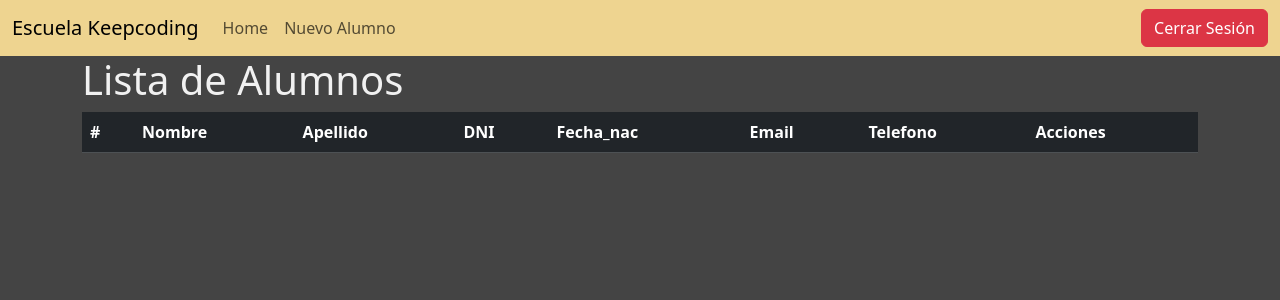
Repository: ChusmiPalos/EscuelaKeepcoding
Page: http://localhost/menu
The author's editor kept a copy of each file at every save. The page is drawn from the files as they stood at one save, then again after the next save.
The browser window is 1280 px wide. The pictures show the whole page.
The page is this project's Thymeleaf template; nobody is signed in. The template is opened directly, without the code that normally fills it, so the values that code supplies are empty.

Above is the page before, as saved 2024-07-06 23:11:06.

### app-web-escuela/src/main/resources/templates/menu.html
<!DOCTYPE html>
<html xmlns:th="https://www.thymeleaf.org/">
<head th:include="fragments/cabecera :: cabecera"></head>
<body>
	<div th:include="fragments/menu_navegacion :: menu"></div>

	<div class="container">
		<div class="row">
			<h1>Lista de Alumnos</h1>
		</div>

		<table class="table table-striped">
			<thead class="table-dark">
				<tr>
					<th scope="col">#</th>
					<th scope="col">Nombre</th>
					<th scope="col">Apellido</th>
					<th scope="col">DNI</th>
					<th scope="col">Fecha_nac</th>
					<th scope="col">Email</th>
					<th scope="col">Telefono</th>
					<th scope="col">Acciones</th>
				</tr>
			</thead>
			<tbody>

				<tr th:each="alu: ${alumnos}">
					<td th:text="${alu.id}" scope="row"></td>
					<td th:text="${alu.nombre}"></td>
					<td th:text="${alu.apellido}"></td>
					<td th:text="${alu.dni}"></td>
					<td th:text="${alu.fecha_nac}"></td>
					<td th:text="${alu.email}"></td>
					<td th:text="${alu.telefono}"></td>
					<td><a class="btn btn-info"
						th:href=@{/alumno/editar/{id}(id=${alu.id})}>Editar</a> <a
						class="btn btn-danger"
						th:href=@{/alumno/delete/{id}(id=${alu.id})}
						onclick="return confirm('Estas seguro?');">Borrar</a></td>
				</tr>

			</tbody>
		</table>
	</div>


	<script
		src="https://cdn.jsdelivr.net/npm/bootstrap@5.3.3/dist/js/bootstrap.bundle.min.js"
		integrity="sha384-YvpcrYf0tY3lHB60NNkmXc5s9fDVZLESaAA55NDzOxhy9GkcIdslK1eN7N6jIeHz"
		crossorigin="anonymous"></script>
</body>
</html>

### app-web-escuela/src/main/resources/templates/fragments/cabecera.html
<!DOCTYPE html>
<html xmlns:th="http://www.thymeleaf.org">
<head th:fragment="cabecera">
    <meta charset="UTF-8">
    <meta name="viewport" content="width=device-width, initial-scale=1.0">
    <link rel="stylesheet" th:href="@{/css/style.css}">
    <link rel="icon" type="image/png" th:href="@{/images/icono.png}">
    <title>Escuela Keepcoding</title>
    <link
	href="https://cdn.jsdelivr.net/npm/bootstrap@5.3.3/dist/css/bootstrap.min.css"
	rel="stylesheet"
	integrity="sha384-QWTKZyjpPEjISv5WaRU9OFeRpok6YctnYmDr5pNlyT2bRjXh0JMhjY6hW+ALEwIH"
	crossorigin="anonymous">
</head>
<body>
</body>
</html>

### app-web-escuela/src/main/resources/templates/fragments/menu_navegacion.html
<!DOCTYPE html>
<html xmlns:th="http://www.thymeleaf.org">
<head>
    <title>Fragmentos</title>
</head>

<body>
    <div th:fragment="menu">
        <nav class="navbar navbar-expand-lg barra_navegacion">
            <div class="container-fluid">
                <a class="navbar-brand" th:href="@{/menu}">Escuela Keepcoding</a>
                <button class="navbar-toggler" type="button"
                    data-bs-toggle="collapse" data-bs-target="#navbarNav"
                    aria-controls="navbarNav" aria-expanded="false"
                    aria-label="Toggle navigation">
                    <span class="navbar-toggler-icon"></span>
                </button>
                <div class="collapse navbar-collapse" id="navbarNav">
                    <ul class="navbar-nav">
                        <li class="nav-item"><a class="nav-link"
                            aria-current="page" th:href="@{/menu}">Home</a></li>
                        <li class="nav-item"><a class="nav-link"
                            th:href="@{/alumno/new}">Nuevo Alumno</a></li>
                    </ul>
                </div>
                <a class="btn btn-danger" href="/login">Cerrar Sesión</a>
            </div>
        </nav>
    </div>
</body>
</html>

### app-web-escuela/src/main/resources/static/css/style.css
.barra_navegacion {
	background-color: #eed490;
}

.navbar-brand {
	font-size:120%;
}

.nav-item:hover{
	font-size: 120%;
}

body {
	background-color: #444444!important;
	color: #f1f1f1!important;
}

After the next save:
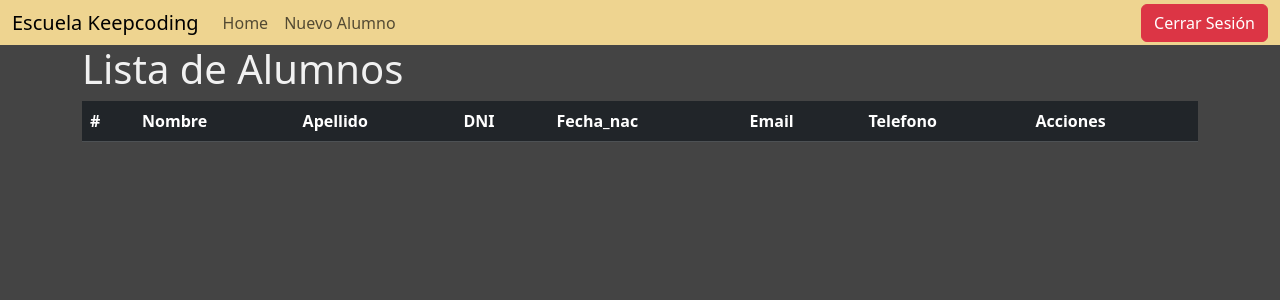
Saved 48 s later.
--- a/app-web-escuela/src/main/resources/static/css/style.css
+++ b/app-web-escuela/src/main/resources/static/css/style.css
@@ -1,5 +1,6 @@
 .barra_navegacion {
 	background-color: #eed490;
+	height: 45px;
 }
 
 .navbar-brand {

After the 3 saves that followed:
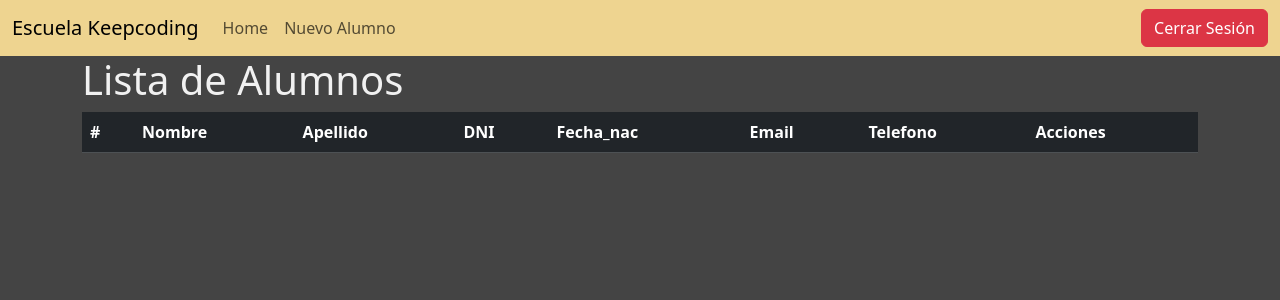
The 3 saves are shown as one change because 1 left the picture as it was and some came seconds apart.
The last was saved 2 min 23 s later.
--- a/app-web-escuela/src/main/resources/static/css/style.css
+++ b/app-web-escuela/src/main/resources/static/css/style.css
@@ -1,17 +1,12 @@
 .barra_navegacion {
 	background-color: #eed490;
-	height: 45px;
 }
 
-.navbar-brand {
-	font-size:120%;
-}
-
-.nav-item:hover{
+.nav-item:hover {
 	font-size: 120%;
 }
 
 body {
-	background-color: #444444!important;
-	color: #f1f1f1!important;
+	background-color: #444444 !important;
+	color: #f1f1f1 !important;
 }
